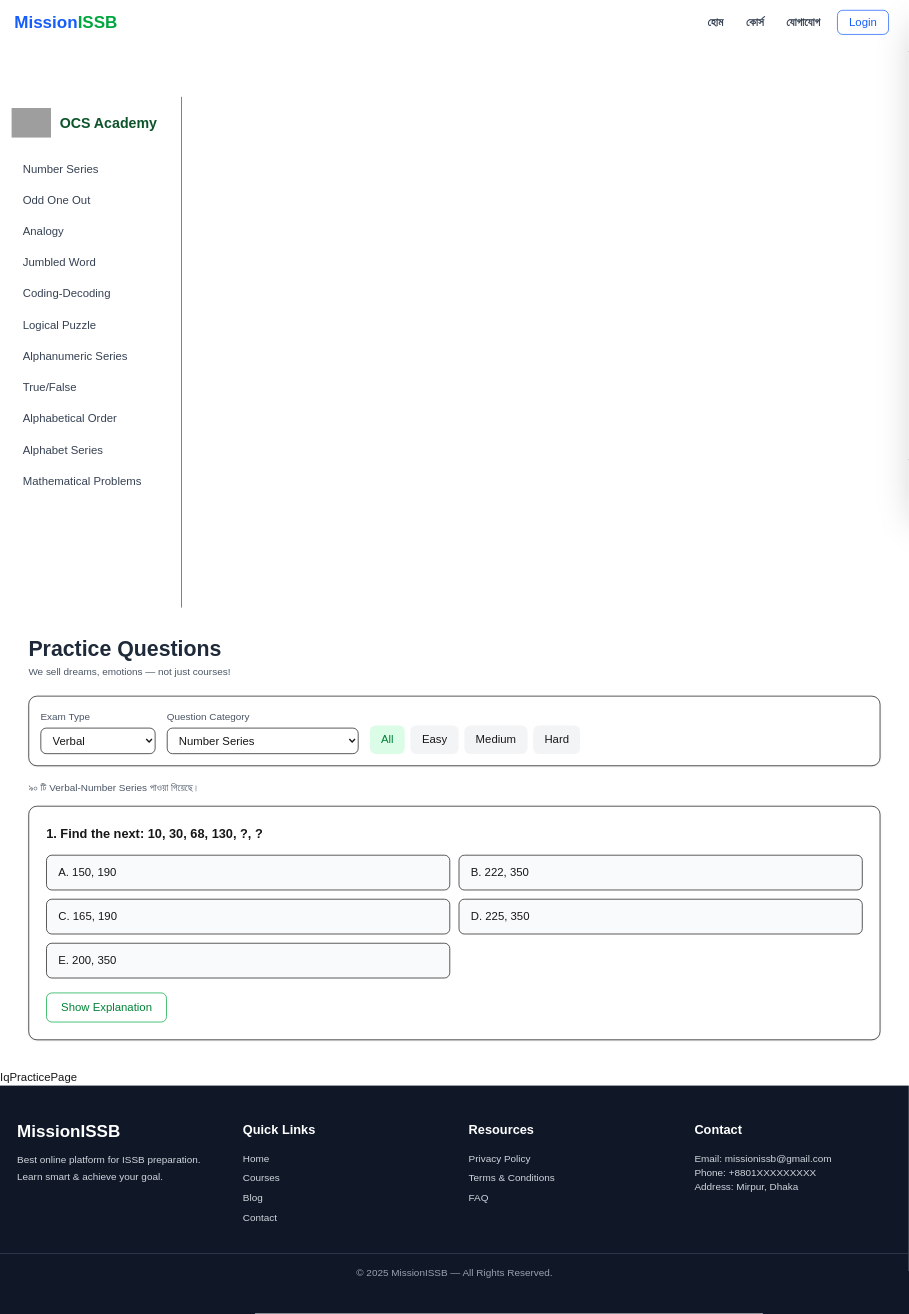
Repository: mdmuhibullahhabib/missionissb
Page: /issb/iq-practice
The author's editor kept a copy of each file at every save. The page is drawn from the files as they stood at one save, then again after the next save.
The browser window is 1280 px wide. The pictures show the whole page, at 71% of full size.
Pictures or frames that could not be fetched are drawn as grey boxes. The page's requests for data from a server got no answer. The project was rebuilt for these pictures with package versions that can differ from the ones it lists, and the page was loaded fresh each time. The framework's server and built-in components were replaced by stand-ins that run in the browser. No one was signed in, and anything a server would have sent is missing. Also part of the build but not shown: next.config.mjs.

Above is the page before, as saved 2025-12-11 23:38:16.

After the next save:
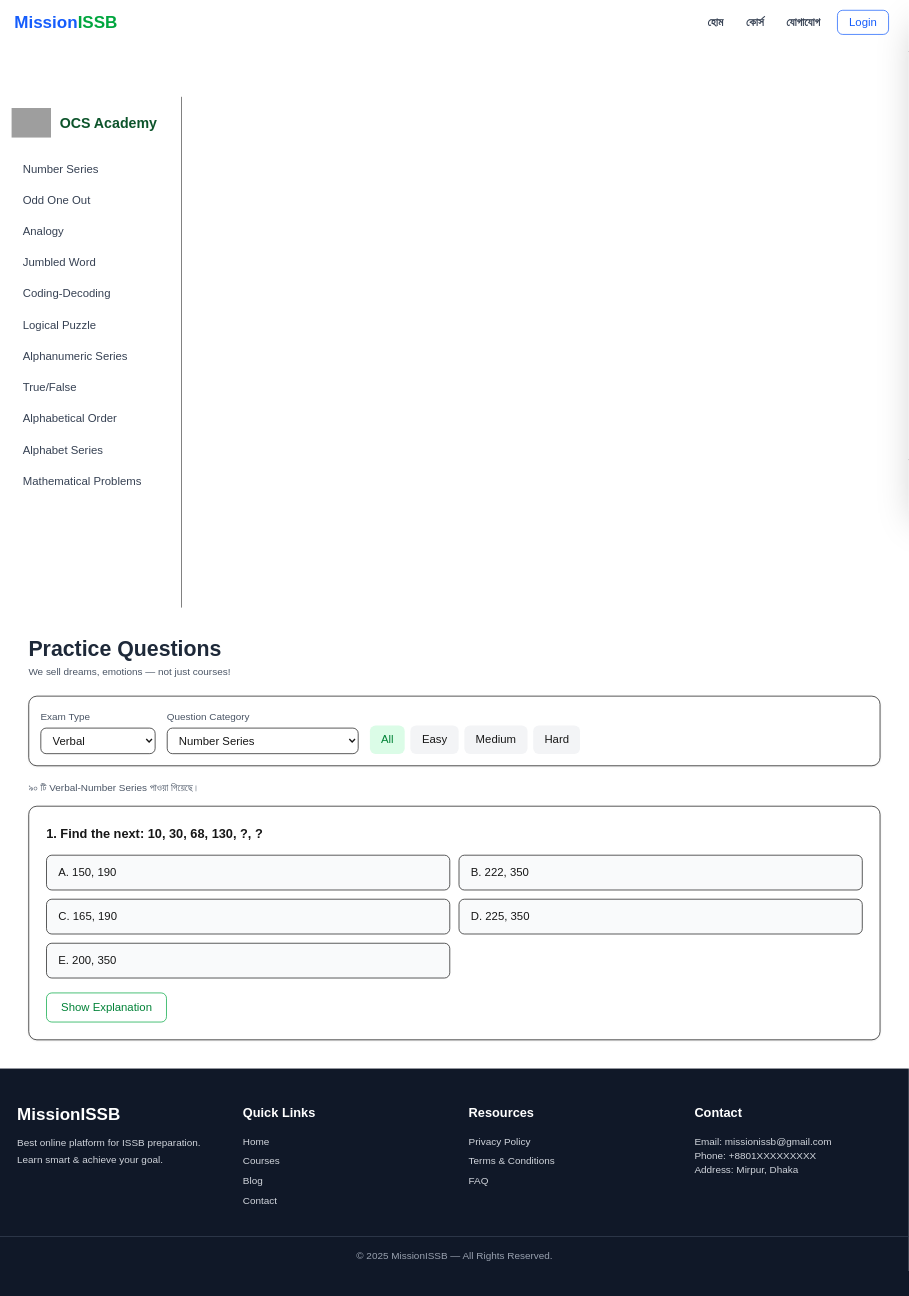
Saved 21 s later.
--- a/app/issb/iq-practice/page.jsx
+++ b/app/issb/iq-practice/page.jsx
@@ -9,7 +9,7 @@ const IqPracticePage = () => {
     <div className='mt-34'>
         <AsideMenu/>
         <PracticeQuestions/>
-        IqPracticePage</div>
+        </div>
   )
 }
 
